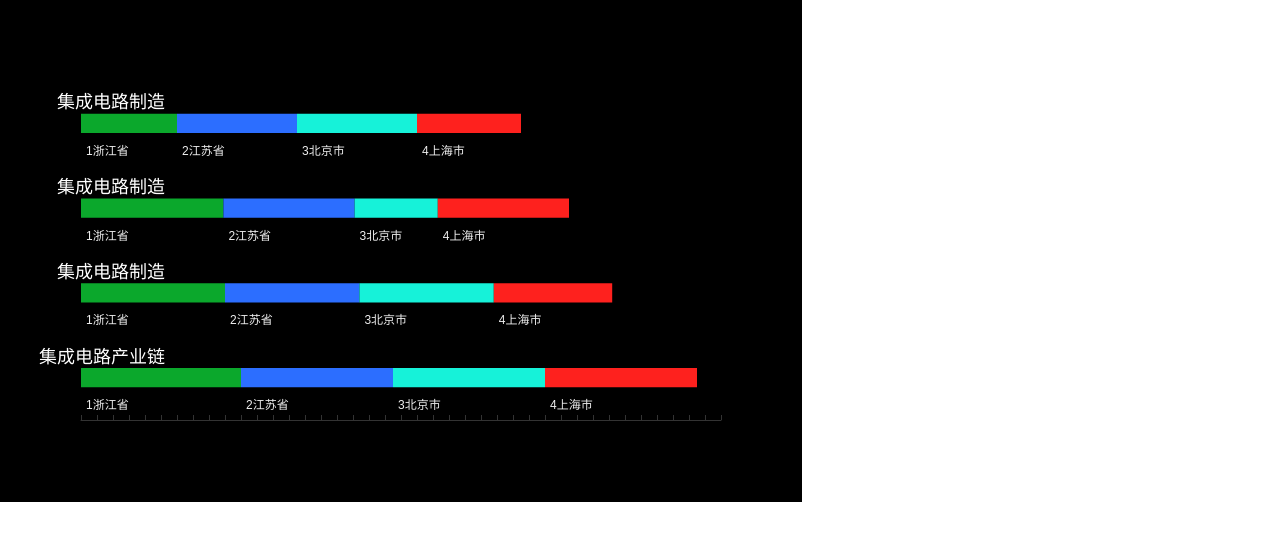
Repository: 572031690/echartproj
Page: /#/test
The author's editor kept a copy of each file at every save. The page is drawn from the files as they stood at one save, then again after the next save.
The browser window is 1280 px wide. The pictures show the whole page.
The project was rebuilt for these pictures with package versions that can differ from the ones it lists, and the page was loaded fresh each time. Also part of the build but not shown: vue.config.js, src/components/Seller.vue, src/views/SellerPage.vue, src/utils/theme_utils.js, src/components/Trend.vue, src/views/TrendPage.vue, src/utils/map_utils.js, src/components/Map.vue and 9 more.

Above is the page before, as saved 2021-08-03 12:44:29.

After the next save:
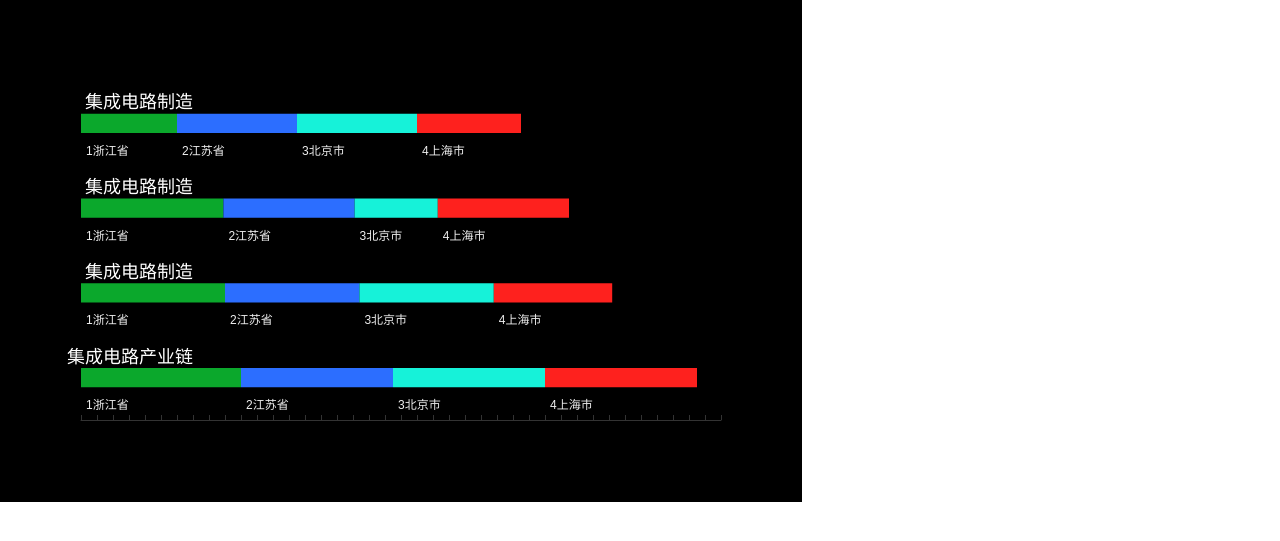
Saved 16 s later.
--- a/src/components/Test.vue
+++ b/src/components/Test.vue
@@ -169,12 +169,12 @@ export default {
             // gridIndex: 0, // x 轴所在的 grid 的索引，默认位于第一个 grid。
             axisLabel: {
               color: '#fff', // 刻度标签文字的颜色
-              padding: [0, 0, 40, 0],
+              padding: [0, 0, 40, 0], // 设置轴文字上下偏移
               textStyle: {
                 fontSize: 18
               }
             },
-            offset: -92, // 设置x轴的偏移 -92是向上 但是得配合onZero: false,使用 不然负数不会生效
+            offset: -120, // 设置x轴的偏移 -92是向上 但是得配合onZero: false,使用 不然负数不会生效
             axisLine: {
               onZero: false,
               // 设置轴线
